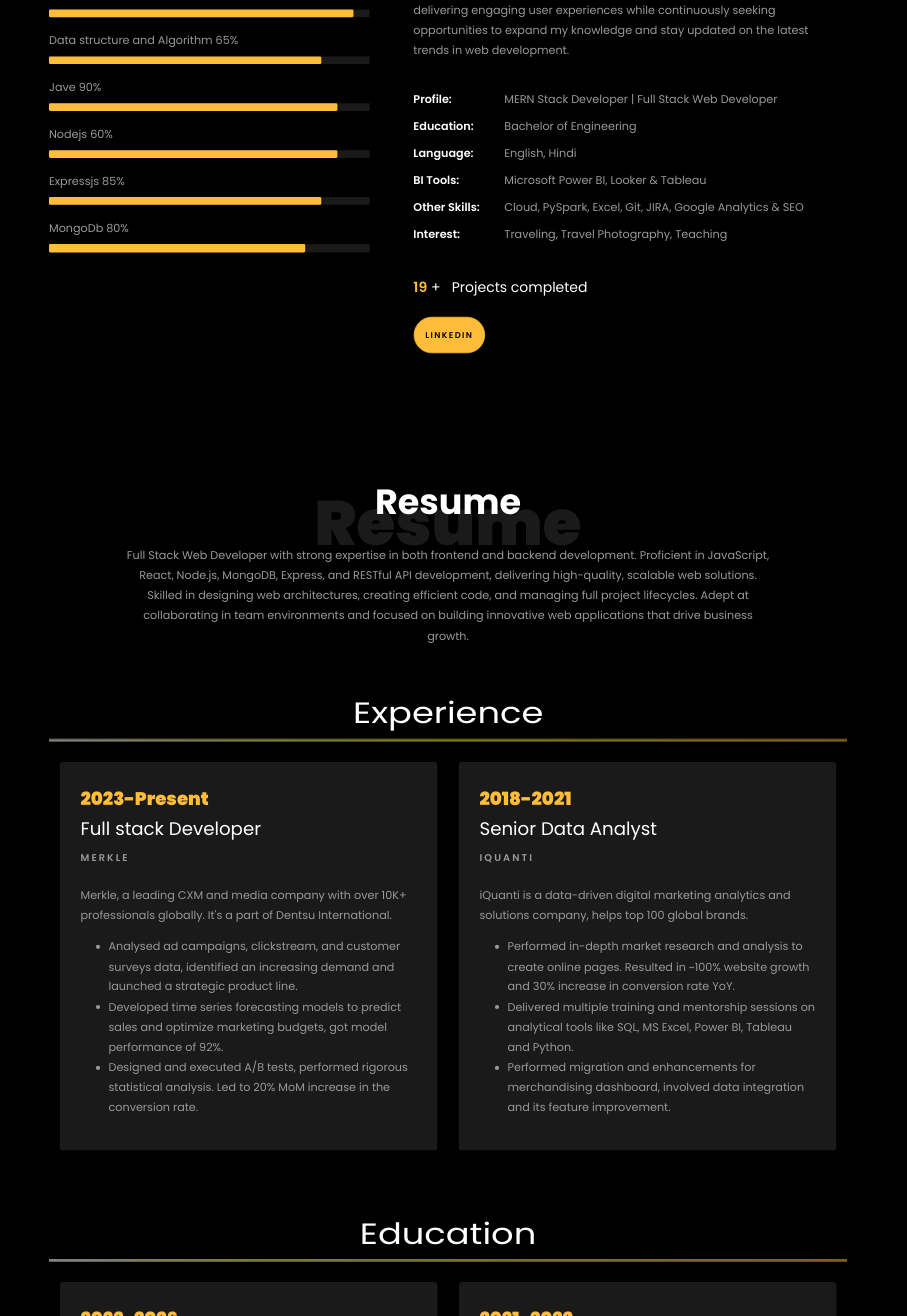
Repository: abp197/portfolio-website
Page: index.html
These files come from the project's save history. The page is drawn as it stood at one moment and after the next save; the edit follows.
The browser window is 1280 px wide. The page is 1295 px wide, so the pictures cover 1295 px, including what lies to the right of the window. The pictures show the part of the page from y = 1161 to 3041 px (the page is 6548 px tall before and 6538 px after), at 70% of full size.

Above is the page before, as saved 2024-10-16 00:57:08.
Console error (its wording comes from the project's code and is left out).

After the next save:
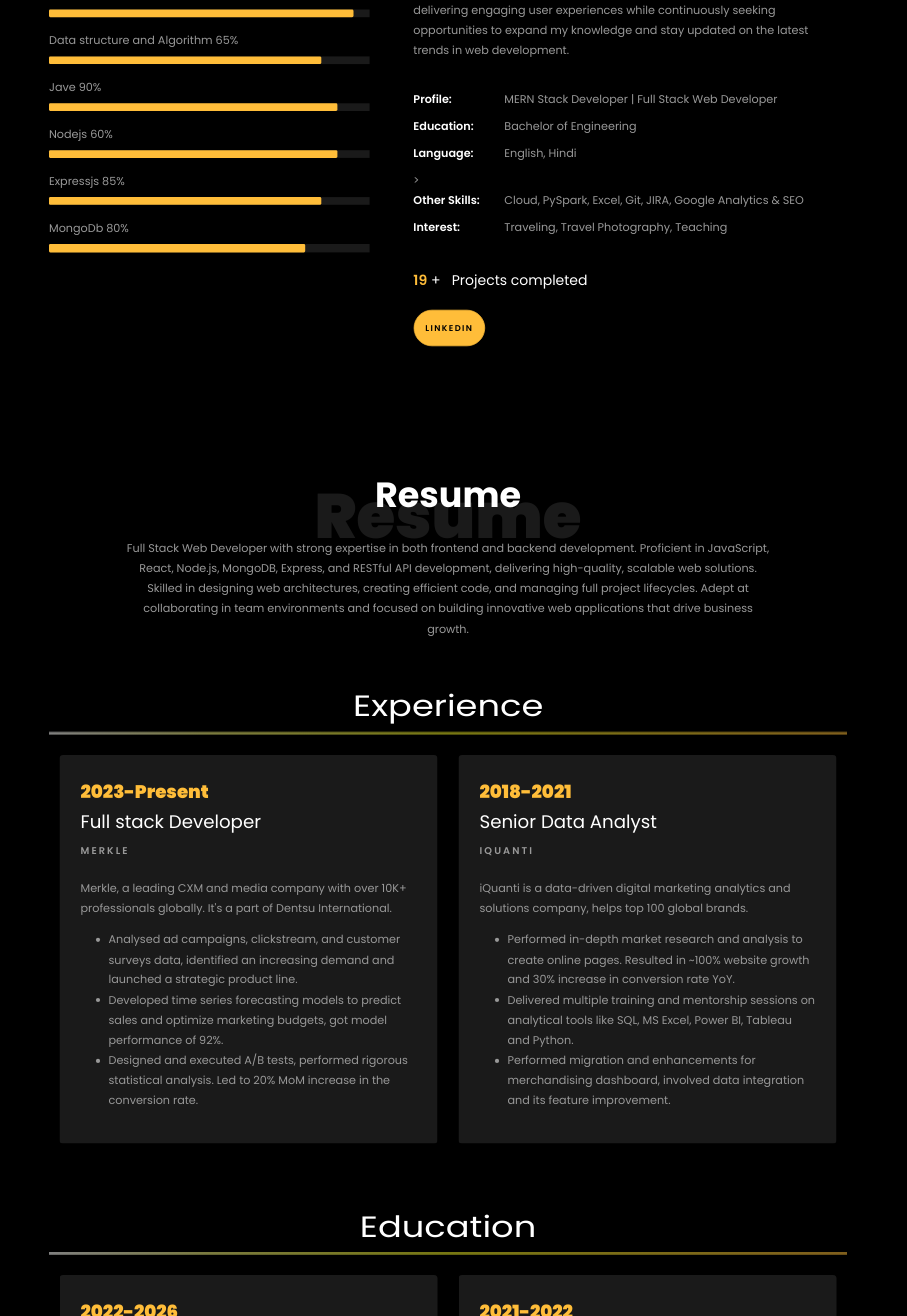
Saved 6 s later.
--- a/index.html
+++ b/index.html
@@ -292,8 +292,7 @@
 
 									<li class="d-flex"><span>Education:</span> <span>Bachelor of Engineering</span></li>
 									<li class="d-flex"><span>Language:</span> <span>English, Hindi</span></li>
-									<li class="d-flex"><span>BI Tools:</span> <span>Microsoft Power BI, Looker &amp;
-											Tableau</span></li>
+									>
 									<li class="d-flex"><span>Other Skills:</span> <span>Cloud, PySpark, Excel, Git,
 											JIRA, Google Analytics &amp; SEO</span></li>
 									<li class="d-flex"><span>Interest:</span> <span>Traveling, Travel Photography,
